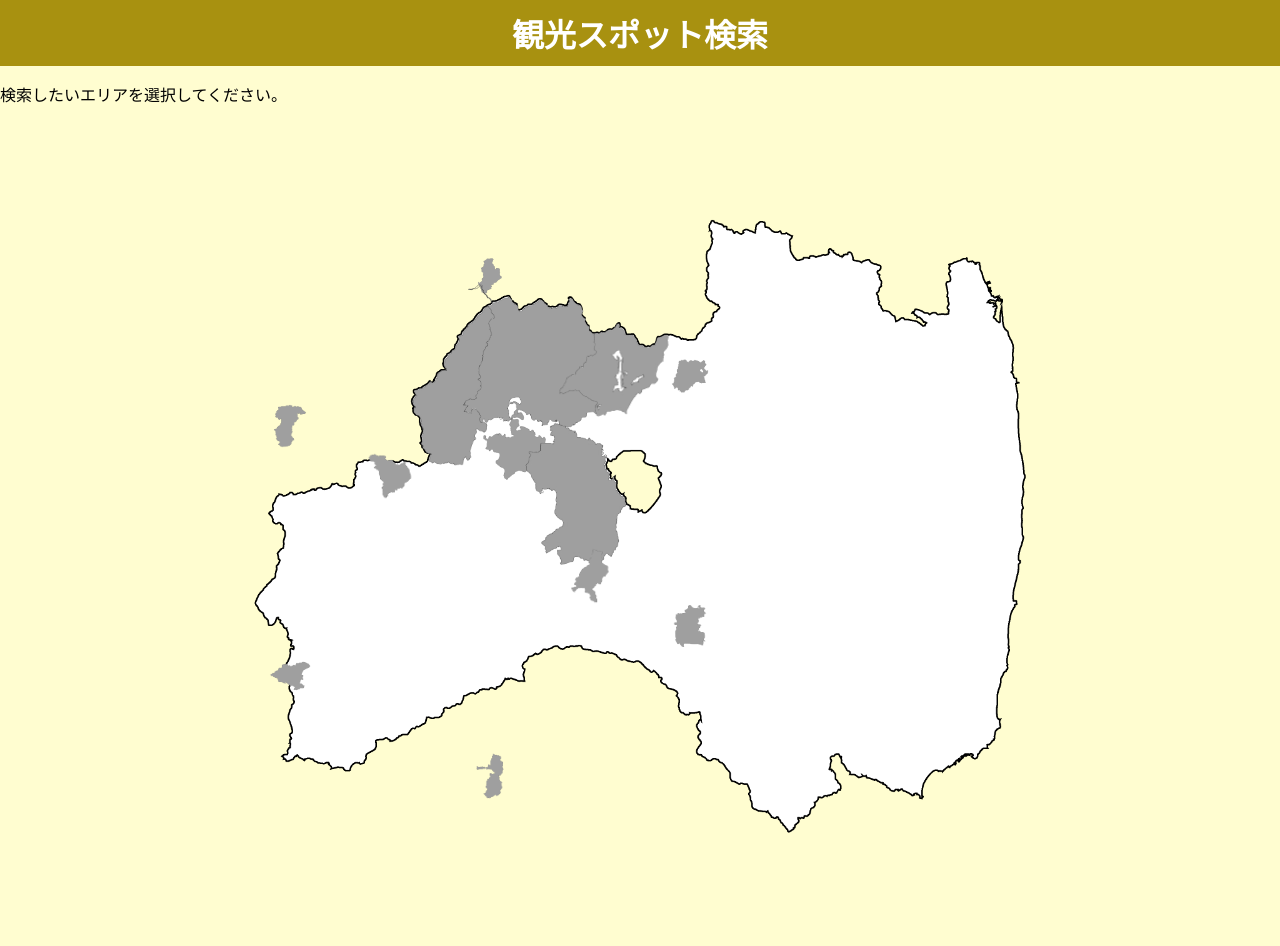
Repository: ryoutana/tanaryou.github.io
Page: Downloads/project/index.html
The author's editor kept a copy of each file at every save. The page is drawn from the files as they stood at one save, then again after the next save.
The browser window is 1280 px wide. The pictures show the whole page.

Above is the page before, as saved 2025-04-29 13:31:00.

### Downloads/project/index.html
<!DOCTYPE html>
<html lang="ja">
<head>
    <meta charset="UTF-8">
    <meta name="viewport" content="width=device-width, initial-scale=1.0">
    <title>観光スポット検索</title>
    <link rel="stylesheet" href="styles.css">
</head>
<body>
    <header>
        <h1 id="pageTitle">観光スポット検索</h1>
    </header>
    <main>
        <section id="intro">
            <p id="introText">検索したいエリアを選択してください。</p>
            <div id="mapContainer">
                <img id="introImage" src="福島県白地図.png" alt="福島県の地図">
                <div id="spotContainer"></div>
            </div>
        </section>
    </main>
    <script src="script.js"></script>
</body>
</html>

### Downloads/project/styles.css
/* styles.css */

/* 全体のリセット */
body, html {
    margin: 0;
    padding: 0;
    box-sizing: border-box;
    background-color: #fffdd0; /* 背景色をクリーム色に設定 */
    font-family: Arial, sans-serif;
}

/* ヘッダーのスタイル */
header {
    text-align: center;
    background-color: #a89110; /* ゴールド系の背景色 */
    padding: 10px 0;
}

#pageTitle {
    font-size: 2em;
    margin: 0;
    color: #fff; /* 白文字 */
}

/* 地図全体のコンテナ */
#mapContainer {
    position: relative;
    width: 80%; /* 地図の幅を画面幅に応じて調整 */
    max-width: 800px;
    margin: 20px auto;
    overflow: hidden;
    text-align: center;
}

#introImage {
    width: 100%; /* 地図画像を親要素にフィットさせる */
    height: auto;
    display: block;
    margin: 0 auto;
    z-index: 1;
}

/* スポット画像のコンテナ */
#spotContainer {
    position: absolute;
    top: 0;
    left: 0;
    width: 100%;
    height: 100%;
    z-index: 2;
}

/* スポット画像のスタイル */
.spot-image {
    position: absolute;
    transform: translate(-50%, -50%); /* 中心基準で配置 */
    cursor: pointer;
    transition: filter 0.3s ease;
    filter: brightness(0.8) saturate(0); /* デフォルトで薄い灰色 */
}

.spot-image:hover {
    filter: brightness(1.2) hue-rotate(90deg); /* カーソルが乗ると黄緑 */
}

.spot-image.active {
    filter: brightness(1) hue-rotate(120deg) saturate(2); /* クリックでしっかり緑 */
}

### Downloads/project/script.js
// script.js

// スポットデータ（座標は地図画像内の相対的なピクセル位置）
const spots = [
    { name: '会津坂下町', img: '会津坂下町(白地図).png', x: 277, y: 320, width: 80 },
    { name: '会津若松市', img: '会津若松市(白地図).png', x: 336, y: 368, width: 160 },
    { name: '会津美里町', img: '会津美里町(白地図).png', x: 250, y: 150, width: 40 },
    { name: '喜多方市', img: '喜多方市(白地図).png', x: 291, y: 230, width: 170 },
    { name: '金山町', img: '金山町(白地図).png', x: 450, y: 250, width: 45 },
    { name: '三島町', img: '三島町(白地図).png', x: 50, y: 300, width: 50 },
    { name: '昭和村', img: '昭和村(白地図).png', x: 150, y: 350, width: 55 },
    { name: '西会津町', img: '西会津町(白地図).png', x: 214, y: 260, width: 180 },
    { name: '猪苗代町', img: '猪苗代町(白地図).png', x: 350, y: 450, width: 60 },
    { name: '湯川村', img: '湯川村(白地図).png', x: 450, y: 500, width: 50 },
    { name: '磐梯町', img: '磐梯町(白地図).png', x: 50, y: 550, width: 45 },
    { name: '北塩原村', img: '北塩原村(白地図).png', x: 374, y: 244, width: 123 },
    { name: '柳津町', img: '柳津町(白地図).png', x: 250, y: 650, width: 50 }
];

// スポットを動的に生成
function generateSpots() {
    const spotContainer = document.getElementById('spotContainer');
    const mapContainer = document.getElementById('mapContainer');

    if (!spotContainer || !mapContainer) {
        console.error('Error: 必要な要素が見つかりません。');
        return;
    }

    const mapWidth = mapContainer.offsetWidth; // 地図の幅
    const mapHeight = mapContainer.offsetHeight; // 地図の高さ

    spots.forEach(spot => {
        const img = document.createElement('img');
        img.src = spot.img;
        img.alt = spot.name;
        img.style.width = `${(spot.width / 800) * mapWidth}px`; // 幅を地図のサイズに比例させる
        img.style.left = `${(spot.x / 800) * mapWidth}px`; // x座標を地図のサイズに比例させる
        img.style.top = `${(spot.y / 800) * mapHeight}px`; // y座標を地図のサイズに比例させる
        img.classList.add('spot-image');

        // クリックイベントで色を変更
        img.addEventListener('click', () => {
            if (img.classList.contains('active')) {
                img.classList.remove('active'); // 緑から灰色に戻す
            } else {
                img.classList.add('active'); // 緑にする
            }
        });

        spotContainer.appendChild(img);
    });
}

// 初期化処理
function init() {
    generateSpots();
    console.log('スポット画像の生成が完了しました。');
}

// ページ読み込み時に初期化
window.onload = init;

After the next save:
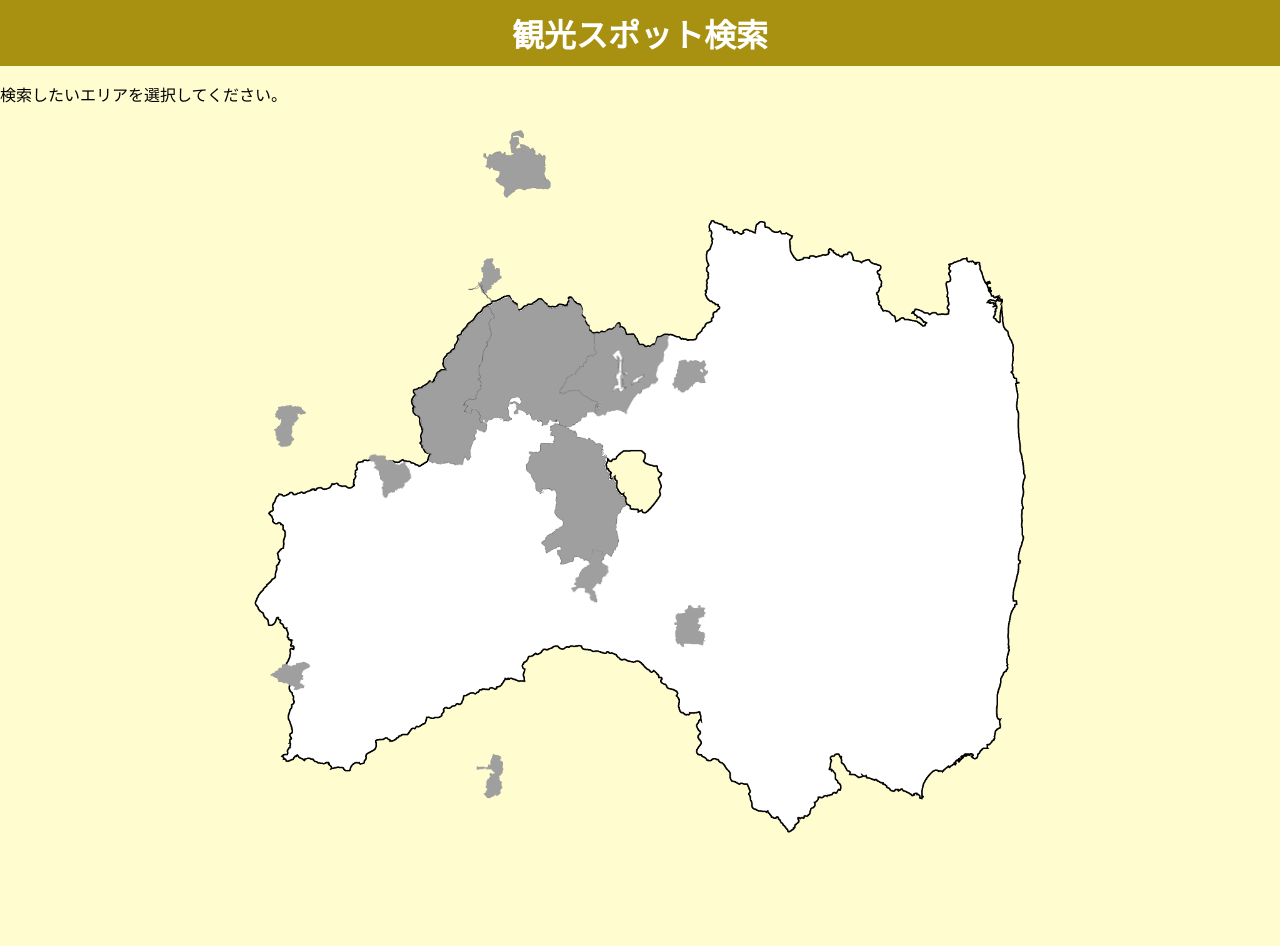
Saved 65 s later.
--- a/Downloads/project/script.js
+++ b/Downloads/project/script.js
@@ -2,7 +2,7 @@
 
 // スポットデータ（座標は地図画像内の相対的なピクセル位置）
 const spots = [
-    { name: '会津坂下町', img: '会津坂下町(白地図).png', x: 277, y: 320, width: 80 },
+    { name: '会津坂下町', img: '会津坂下町(白地図).png', x: 277, y: 38, width: 80 },
     { name: '会津若松市', img: '会津若松市(白地図).png', x: 336, y: 368, width: 160 },
     { name: '会津美里町', img: '会津美里町(白地図).png', x: 250, y: 150, width: 40 },
     { name: '喜多方市', img: '喜多方市(白地図).png', x: 291, y: 230, width: 170 },
